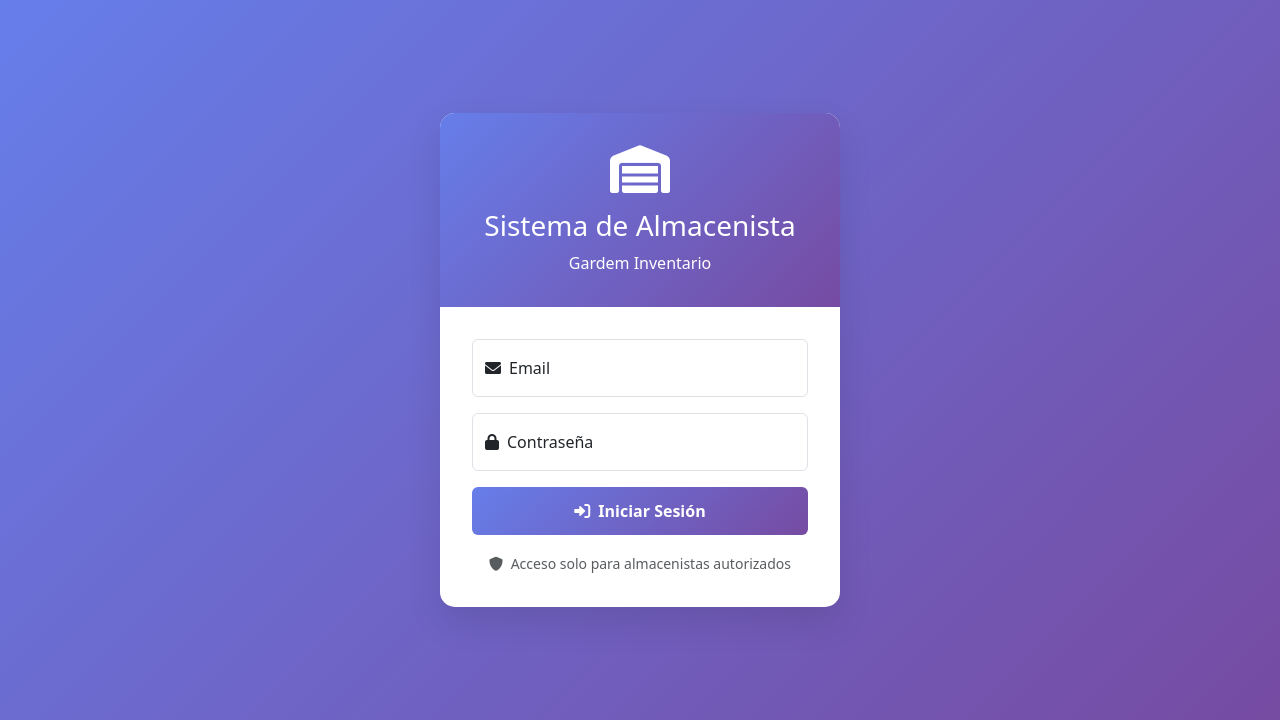
Repository: dasalgar123/gardem_modulos
Page: http://localhost/vendedor-php/gardem-inventario-php copy/login.php
These files come from the project's save history. The page is drawn as it stood at one moment and after the next save; the edit follows.
The browser window is 1280 px wide. The pictures show the whole page.
The page is run by PHP 8.4 with error messages shown; the project is at /var/www/html/. The database holds what the project's SQL file puts in it. Queries for data that is not in the repository find no rows.

Above is the page before, as saved 2025-07-21 17:16:56.

After the next save:
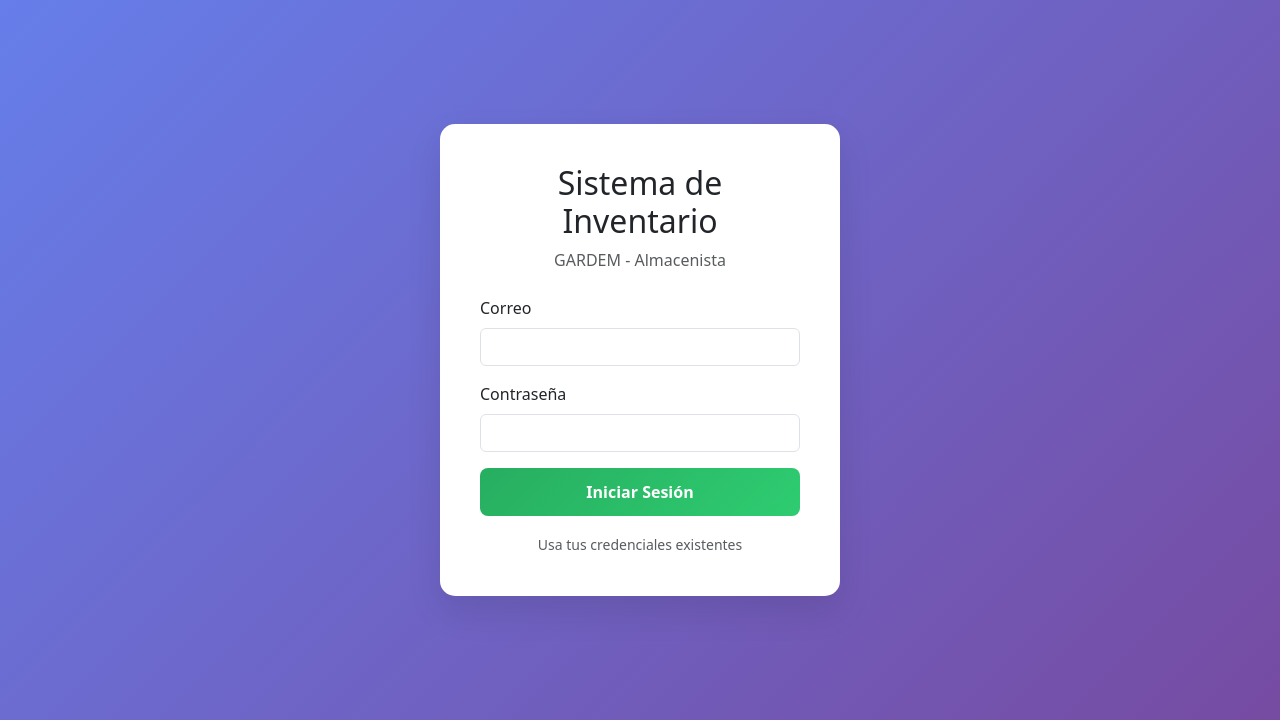
Saved 17 s later.
--- a/gardem-inventario-php copy/login.php
+++ b/gardem-inventario-php copy/login.php
@@ -1,125 +1,73 @@
 <?php
 session_start();
-require_once 'config/database.php';
-require_once 'controlador/ControladorAuth.php';
+require_once 'config.php';
 
-// Si ya está logueado como almacenista, redirigir al menú principal
-if (isset($_SESSION['usuario_id']) && $_SESSION['usuario_rol'] === 'almacenista') {
-    header('Location: index.php');
-    exit();
-}
+if ($_SERVER['REQUEST_METHOD'] === 'POST') {
+    $correo = $_POST['correo'] ?? '';
+    $contraseña = $_POST['contraseña'] ?? '';
 
-$error = '';
+    if (!empty($correo) && !empty($contraseña)) {
+        $stmt = $pdo->prepare("SELECT * FROM usuario WHERE correo = ? AND contraseña = ?");
+        $stmt->execute([$correo, $contraseña]);
+        $usuario = $stmt->fetch();
 
-// Procesar login
-if ($_SERVER['REQUEST_METHOD'] === 'POST') {
-    $email = sanitize($_POST['email']);
-    $password = $_POST['password'];
-
-    $controladorAuth = new ControladorAuth($pdo);
-
-    if ($controladorAuth->loginAlmacenista($email, $password)) {
-        header('Location: index.php');
-        exit();
+        if ($usuario && ($usuario['rol'] === 'administrador' || $usuario['rol'] === 'almacenista')) {
+            $_SESSION['usuario_id'] = $usuario['id'];
+            $_SESSION['usuario_nombre'] = $usuario['nombre'];
+            $_SESSION['usuario_correo'] = $usuario['correo'];
+            $_SESSION['usuario_rol'] = $usuario['rol'];
+            header('Location: index.php');
+            exit();
+        } else {
+            $error = 'Credenciales incorrectas o sin permisos.';
+        }
     } else {
-        $error = 'Credenciales incorrectas o no tiene permisos de almacenista.';
+        $error = 'Completa todos los campos.';
     }
 }
 ?>
+
 <!DOCTYPE html>
 <html lang="es">
 <head>
     <meta charset="UTF-8">
     <meta name="viewport" content="width=device-width, initial-scale=1.0">
-    <title>Login - Sistema de Almacenista</title>
+    <title>Login - Sistema Inventario</title>
     <link href="https://cdn.jsdelivr.net/npm/bootstrap@5.3.0/dist/css/bootstrap.min.css" rel="stylesheet">
-    <link href="https://cdnjs.cloudflare.com/ajax/libs/font-awesome/6.0.0/css/all.min.css" rel="stylesheet">
     <style>
-        body {
-            background: linear-gradient(135deg, #667eea 0%, #764ba2 100%);
-            min-height: 100vh;
-            display: flex;
-            align-items: center;
-            justify-content: center;
-        }
-        .login-card {
-            background: white;
-            border-radius: 15px;
-            box-shadow: 0 15px 35px rgba(0, 0, 0, 0.1);
-            overflow: hidden;
-            max-width: 400px;
-            width: 100%;
-        }
-        .login-header {
-            background: linear-gradient(135deg, #667eea 0%, #764ba2 100%);
-            color: white;
-            padding: 2rem;
-            text-align: center;
-        }
-        .login-body {
-            padding: 2rem;
-        }
-        .form-floating {
-            margin-bottom: 1rem;
-        }
-        .btn-login {
-            background: linear-gradient(135deg, #667eea 0%, #764ba2 100%);
-            border: none;
-            width: 100%;
-            padding: 12px;
-            font-weight: 600;
-        }
-        .btn-login:hover {
-            transform: translateY(-2px);
-            box-shadow: 0 5px 15px rgba(0, 0, 0, 0.2);
-        }
+        body { background: linear-gradient(135deg, #667eea 0%, #764ba2 100%); min-height: 100vh; display: flex; align-items: center; justify-content: center; }
+        .login-container { background: white; border-radius: 15px; box-shadow: 0 15px 35px rgba(0,0,0,0.1); padding: 40px; width: 100%; max-width: 400px; }
+        .btn-login { background: linear-gradient(135deg, #27ae60 0%, #2ecc71 100%); border: none; padding: 12px; font-weight: 600; width: 100%; border-radius: 8px; }
     </style>
 </head>
 <body>
-    <div class="login-card">
-        <div class="login-header">
-            <i class="fas fa-warehouse fa-3x mb-3"></i>
-            <h3>Sistema de Almacenista</h3>
-            <p class="mb-0">Gardem Inventario</p>
+    <div class="login-container">
+        <div class="text-center mb-4">
+            <h2>Sistema de Inventario</h2>
+            <p class="text-muted">GARDEM - Almacenista</p>
         </div>
 
-        <div class="login-body">
-            <?php if ($error): ?>
-                <div class="alert alert-danger">
-                    <i class="fas fa-exclamation-triangle me-2"></i>
-                    <?php echo htmlspecialchars($error); ?>
-                </div>
-            <?php endif; ?>
+        <?php if (isset($error)): ?>
+            <div class="alert alert-danger"><?php echo $error; ?></div>
+        <?php endif; ?>
 
-            <form method="POST">
-                <div class="form-floating">
-                    <input type="email" class="form-control" id="email" name="email" placeholder="Email" required>
-                    <label for="email">
-                        <i class="fas fa-envelope me-2"></i>Email
-                    </label>
-                </div>
+        <form method="POST">
+            <div class="mb-3">
+                <label for="correo" class="form-label">Correo</label>
+                <input type="email" class="form-control" id="correo" name="correo" required>
+            </div>
 
-                <div class="form-floating">
-                    <input type="password" class="form-control" id="password" name="password" placeholder="Contraseña" required>
-                    <label for="password">
-                        <i class="fas fa-lock me-2"></i>Contraseña
-                    </label>
-                </div>
+            <div class="mb-3">
+                <label for="contraseña" class="form-label">Contraseña</label>
+                <input type="password" class="form-control" id="contraseña" name="contraseña" required>
+            </div>
 
-                <button type="submit" class="btn btn-primary btn-login">
-                    <i class="fas fa-sign-in-alt me-2"></i>Iniciar Sesión
-                </button>
-            </form>
+            <button type="submit" class="btn btn-primary btn-login">Iniciar Sesión</button>
+        </form>
 
-            <div class="text-center mt-3">
-                <small class="text-muted">
-                    <i class="fas fa-shield-alt me-1"></i>
-                    Acceso solo para almacenistas autorizados
-                </small>
-            </div>
+        <div class="mt-3 text-center">
+            <small class="text-muted">Usa tus credenciales existentes</small>
         </div>
     </div>
-
-    <script src="https://cdn.jsdelivr.net/npm/bootstrap@5.3.0/dist/js/bootstrap.bundle.min.js"></script>
 </body>
 </html>
